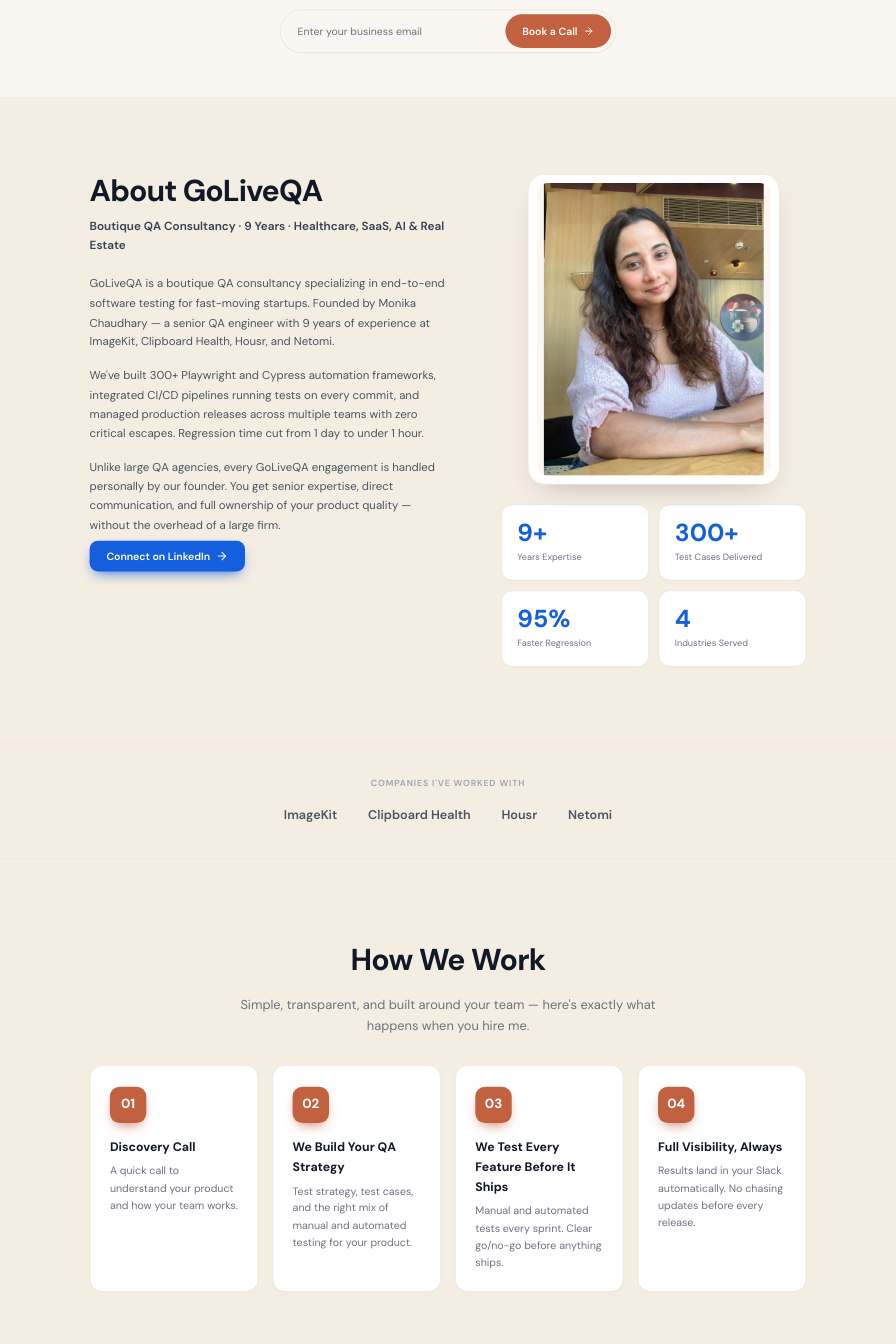
Repository: Monika281992/GoLiveQA
Page: /
The author's editor kept a copy of each file at every save. The page is drawn from the files as they stood at one save, then again after the next save.
The browser window is 1280 px wide. The pictures show the part of the page from y = 388 to 2308 px (the page is 4003 px tall before and 2917 px after), at 70% of full size.
The project was rebuilt for these pictures with package versions that can differ from the ones it lists, and the page was loaded fresh each time. The framework's server and built-in components were replaced by stand-ins that run in the browser. Also part of the build but not shown: next.config.mjs.

Above is the page before, as saved 2026-06-27 12:52:11.

### app/layout.tsx
import type { Metadata } from "next";
import { DM_Sans, Kaushan_Script } from "next/font/google";
import "./globals.css";

const dmSans = DM_Sans({
  subsets: ["latin"],
  weight: ["300", "400", "500", "600", "700"],
  variable: "--font-sans",
  display: "swap",
});

const kaushan = Kaushan_Script({
  subsets: ["latin"],
  weight: "400",
  variable: "--font-script",
  display: "swap",
});

export const metadata: Metadata = {
  title: "GoLiveQA",
  description:
    "Senior QA engineer with 9 years of hands-on experience testing Healthcare, SaaS, AI & Real Estate products at startups across India and US. Playwright, Cypress, Postman. Available remotely.",
};

export default function RootLayout({
  children,
}: {
  children: React.ReactNode;
}) {
  return (
    <html lang="en" className={`${dmSans.variable} ${kaushan.variable}`}>
      <body className="font-sans leading-relaxed">{children}</body>
    </html>
  );
}

### app/page.tsx
import { Navbar } from "@/components/navbar";
import { Hero } from "@/components/hero";
import { About } from "@/components/about";
import { Companies } from "@/components/companies";
import { Process } from "@/components/process";
import { Pricing } from "@/components/pricing";
import { Contact } from "@/components/contact";
import { Footer } from "@/components/footer";

export default function Home() {
  return (
    <div className="min-h-screen bg-surface">
      <Navbar />
      <main>
        <Hero />
        <About />
        <Companies />
        <Process />
        <Pricing />
        <Contact />
      </main>
      <Footer />
    </div>
  );
}

### app/globals.css
@tailwind base;
@tailwind components;
@tailwind utilities;

html {
  scroll-behavior: smooth;
}

body {
  background-color: #faf7f2;
  color: #4b5563;
  -webkit-font-smoothing: antialiased;
}

### components/hero.tsx
"use client";

import { useState } from "react";
import { useRouter } from "next/navigation";
import { ArrowRight } from "lucide-react";

export function Hero() {
  const router = useRouter();
  const [email, setEmail] = useState("");
  const [error, setError] = useState("");
  const [status, setStatus] = useState("idle");

  async function handleBook() {
    const trimmed = email.trim();
    if (!trimmed) {
      setError("Please enter your email address.");
      return;
    }
    const valid = /^[^\s@]+@[^\s@]+\.[^\s@]+$/.test(trimmed);
    if (!valid) {
      setError("Please enter a valid email address.");
      return;
    }
    setError("");
    setStatus("loading");
    try {
      await fetch("/api/book", {
        method: "POST",
        headers: { "Content-Type": "application/json" },
        body: JSON.stringify({ email: trimmed }),
      });
    } catch {
      // proceed to form regardless
    }
    router.push(`/book-a-call?email=${encodeURIComponent(trimmed)}`);
  }

  return (
    <section id="top" className="relative overflow-hidden">
      <div className="pointer-events-none absolute inset-0 bg-[radial-gradient(58%_46%_at_50%_-4%,#f6ebe5,transparent_72%)]" />
      <div className="relative mx-auto max-w-[840px] px-5 pb-12 pt-16 text-center sm:px-8 md:pb-16 md:pt-24 lg:px-12 lg:pt-[108px]">
        <h1 className="text-[clamp(2.5rem,7vw,4.1rem)] font-bold leading-[1.03] tracking-[-0.035em] text-ink">
          Your QA Partner
        </h1>
        <p className="mt-4 text-[clamp(1.1rem,2.5vw,1.45rem)] font-semibold text-accent">
          Startups ship faster and break less with GoLiveQA. Senior QA coverage across manual testing, automation, CI/CD, and real-time reporting.
        </p>
        <div className="mt-8 mx-auto max-w-[480px]">
          <div className={`flex items-center overflow-hidden rounded-full border bg-surface shadow-sm transition-colors ${error ? "border-red-400" : "border-hairline"}`}>
            <input
              type="email"
              value={email}
              onChange={(e) => { setEmail(e.target.value); if (error) setError(""); }}
              placeholder="Enter your business email"
              className="flex-1 bg-transparent px-6 py-3.5 text-[15px] text-body outline-none placeholder:text-muted"
            />
            <button
              type="button"
              onClick={handleBook}
              disabled={status === "loading"}
              className="m-1.5 flex items-center gap-2 rounded-full bg-accent px-6 py-3 text-[15px] font-semibold text-white disabled:opacity-70"
            >
              {status === "loading" ? "Loading…" : "Book a Call"}
              {status !== "loading" && <ArrowRight className="h-[16px] w-[16px]" />}
            </button>
          </div>
          {error && (
            <p className="mt-2 text-[13px] text-red-500">{error}</p>
          )}
        </div>
      </div>
    </section>
  );
}

### components/about.tsx
import { ArrowRight } from "lucide-react";
import { Button } from "@/components/ui/button";
import { Card } from "@/components/ui/card";

const stats = [
  { value: "9+", label: "Years Expertise" },
  { value: "300+", label: "Test Cases Delivered" },
  { value: "95%", label: "Faster Regression" },
  { value: "4", label: "Industries Served" },
];

export function About() {
  return (
    <section id="about" className="border-t border-hairline bg-surface-soft py-16 md:py-24 lg:py-[108px]">
      <div className="mx-auto flex max-w-container flex-wrap items-start gap-10 px-5 sm:px-8 md:gap-12 lg:gap-[72px] lg:px-12">
        {/* Bio */}
        <div className="min-w-[300px] flex-1 basis-[400px]">
          <h2 className="text-[clamp(2rem,4.4vw,2.7rem)] font-bold leading-[1.08] tracking-[-0.03em] text-ink">
            About GoLiveQA
          </h2>
          <p className="mb-7 mt-3.5 text-[1.05rem] font-semibold text-gray-700">
            Boutique QA Consultancy · 9 Years · Healthcare, SaaS, AI &amp; Real Estate
          </p>
          <p className="mb-5 text-[1.02rem] leading-[1.7] text-body">
            GoLiveQA is a boutique QA consultancy specializing in end-to-end software testing
            for fast-moving startups. Founded by Monika Chaudhary — a senior QA engineer with 9 years
            of experience at ImageKit, Clipboard Health, Housr, and Netomi.
          </p>
          <p className="mb-5 text-[1.02rem] leading-[1.7] text-body">
            We&apos;ve built 300+ Playwright and Cypress automation frameworks, integrated CI/CD pipelines
            running tests on every commit, and managed production releases across multiple teams with
            zero critical escapes. Regression time cut from 1 day to under 1 hour.
          </p>
          <p className="mb-2 text-[1.02rem] leading-[1.7] text-body">
            Unlike large QA agencies, every GoLiveQA engagement is handled personally by our founder.
            You get senior expertise, direct communication, and full ownership of your product quality —
            without the overhead of a large firm.
          </p>
          <Button asChild>
            <a
              href="https://www.linkedin.com/"
              target="_blank"
              rel="noopener noreferrer"
            >
              Connect on LinkedIn
              <ArrowRight className="h-[18px] w-[18px]" />
            </a>
          </Button>
        </div>

        {/* Photo + stats */}
        <div className="flex min-w-[280px] flex-1 basis-[320px] flex-col gap-7">
          <div className="relative mx-auto w-full max-w-[360px]">
            <div className="absolute -bottom-4 -left-4 -z-0 h-[82%] w-[82%] rounded-[28px] bg-accent-soft" />
            <div className="relative z-10 rounded-3xl border border-hairline bg-white p-3 shadow-photo">
              {/* Replace /monika.jpg with your photo in /public */}
              <img
                src="/monika.jpg"
                alt="Monika Chaudhary"
                className="block aspect-[4/5] w-full rounded-2xl bg-surface object-contain"
              />
            </div>
          </div>
          <div className="grid grid-cols-2 gap-3.5">
            {stats.map((s) => (
              <Card key={s.label} className="rounded-2xl p-[22px]">
                <div className="text-[clamp(1.8rem,3vw,2.2rem)] font-bold leading-none text-brand">
                  {s.value}
                </div>
                <div className="mt-[7px] text-[13px] text-muted">{s.label}</div>
              </Card>
            ))}
          </div>
        </div>
      </div>
    </section>
  );
}

### components/companies.tsx
const companies = ["ImageKit", "Clipboard Health", "Housr", "Netomi"];

export function Companies() {
  return (
    <section className="border-t border-hairline bg-surface-soft py-8 md:py-12">
      <div className="mx-auto max-w-container px-5 text-center sm:px-8 lg:px-12">
        <p className="mb-5 text-[12.5px] font-semibold uppercase tracking-[0.1em] text-faint">
          Companies I&apos;ve worked with
        </p>
        <div className="flex flex-wrap items-center justify-center gap-x-11 gap-y-4">
          {companies.map((c) => (
            <span key={c} className="text-lg font-semibold text-body">
              {c}
            </span>
          ))}
        </div>
      </div>
    </section>
  );
}

### components/process.tsx
import { Card } from "@/components/ui/card";

const steps = [
  {
    n: "01",
    title: "Discovery Call",
    desc: "A quick call to understand your product and how your team works.",
  },
  {
    n: "02",
    title: "We Build Your QA Strategy",
    desc: "Test strategy, test cases, and the right mix of manual and automated testing for your product.",
  },
  {
    n: "03",
    title: "We Test Every Feature Before It Ships",
    desc: "Manual and automated tests every sprint. Clear go/no-go before anything ships.",
  },
  {
    n: "04",
    title: "Full Visibility, Always",
    desc: "Results land in your Slack automatically. No chasing updates before every release.",
  },
];

export function Process() {
  return (
    <section
      id="process"
      className="border-t border-hairline bg-surface-soft py-16 md:py-24 lg:py-[108px]"
    >
      <div className="mx-auto max-w-container px-5 sm:px-8 lg:px-12">
        <div className="mx-auto max-w-[660px] text-center">
          <h2 className="text-[clamp(2rem,4.4vw,2.7rem)] font-bold tracking-[-0.025em] text-ink">
            How We Work
          </h2>
          <p className="mt-4 text-[clamp(1rem,1.7vw,1.15rem)] leading-relaxed text-muted">
            Simple, transparent, and built around your team — here&apos;s exactly what
            happens when you hire me.
          </p>
        </div>
        <div className="mt-10 grid grid-cols-1 gap-5 sm:grid-cols-2 lg:grid-cols-4">
          {steps.map((s) => (
            <Card
              key={s.n}
              className="rounded-[18px] p-7 pt-[30px] transition-all hover:-translate-y-1 hover:shadow-lift"
            >
              <div className="mb-5 flex h-[52px] w-[52px] items-center justify-center rounded-[14px] bg-accent text-[19px] font-bold text-white shadow-[0_8px_18px_-8px_#c2613f]">
                {s.n}
              </div>
              <h3 className="mb-2 text-[1.1rem] font-bold text-ink">{s.title}</h3>
              <p className="text-[0.95rem] leading-relaxed text-muted">{s.desc}</p>
            </Card>
          ))}
        </div>
      </div>
    </section>
  );
}

### components/pricing.tsx
import { Calendar, Check } from "lucide-react";
import { Button } from "@/components/ui/button";

const guarantees = [
  "No surprise charges",
  "No long-term lock-in",
  "Senior engineer, always",
];

export function Pricing() {
  return (
    <section id="pricing" className="py-16 md:py-24 lg:py-[108px]">
      <div className="mx-auto max-w-container px-5 sm:px-8 lg:px-12">
        <div className="relative mx-auto max-w-[740px] overflow-hidden rounded-[26px] border border-hairline bg-white px-6 py-10 text-center shadow-cta sm:px-14 md:py-[68px]">
          <div className="pointer-events-none absolute inset-0 bg-[radial-gradient(70%_60%_at_50%_0%,#f6ebe5,transparent_70%)]" />
          <div className="relative">
            <h2 className="text-[clamp(2rem,4.6vw,2.9rem)] font-bold leading-[1.08] tracking-[-0.025em] text-ink">
              Let&apos;s Talk About Your Product
            </h2>
            <p className="mx-auto mt-[18px] max-w-[560px] text-[clamp(1rem,1.7vw,1.13rem)] leading-relaxed text-muted">
              Every engagement is scoped to your product size, release frequency, and
              testing needs. Book a 30-minute call — I&apos;ll give you a clear, honest
              quote within 24 hours.
            </p>
            <div className="mt-8">
              <Button asChild size="lg">
                <a href="#contact">
                  <Calendar className="h-[19px] w-[19px]" />
                  Book a 30-min Call
                </a>
              </Button>
            </div>
            <div className="mt-7 flex flex-wrap justify-center gap-x-[26px] gap-y-3 text-sm text-body">
              {guarantees.map((g) => (
                <span key={g} className="inline-flex items-center gap-2">
                  <Check className="h-[17px] w-[17px] text-green-600" />
                  {g}
                </span>
              ))}
            </div>
          </div>
        </div>
      </div>
    </section>
  );
}

### components/footer.tsx
const links = [
  { label: "About", href: "#about" },
  { label: "How Can I Help", href: "#services" },
  { label: "Process", href: "#process" },
  { label: "Contact", href: "#contact" },
];

export function Footer() {
  return (
    <footer className="border-t border-hairline bg-white py-8">
      <div className="mx-auto flex max-w-container flex-wrap items-center justify-between gap-x-7 gap-y-4 px-5 sm:px-8 lg:px-12">
        <a href="#top" className="text-lg font-bold tracking-tight text-brand">
          GoLiveQA
        </a>
        <div className="flex flex-wrap gap-6">
          {links.map((l) => (
            <a
              key={l.href}
              href={l.href}
              className="text-sm text-muted transition-colors hover:text-ink"
            >
              {l.label}
            </a>
          ))}
        </div>
        <p className="text-[13.5px] text-faint">
          © 2026 GoLiveQA. All rights reserved. A boutique QA consultancy.
        </p>
      </div>
    </footer>
  );
}

### components/ui/button.tsx
import * as React from "react";
import { Slot } from "@radix-ui/react-slot";
import { cva, type VariantProps } from "class-variance-authority";
import { cn } from "@/lib/utils";

const buttonVariants = cva(
  "inline-flex items-center justify-center gap-2 whitespace-nowrap rounded-xl font-semibold transition-all focus-visible:outline-none focus-visible:ring-2 focus-visible:ring-brand/40 focus-visible:ring-offset-2 disabled:pointer-events-none disabled:opacity-50",
  {
    variants: {
      variant: {
        default:
          "bg-brand text-white shadow-brand hover:bg-brand-dark hover:-translate-y-0.5",
        outline:
          "border-[1.5px] border-brand text-brand hover:bg-brand hover:text-white",
        ghost: "text-brand hover:bg-brand/5",
      },
      size: {
        default: "h-11 px-6 text-[15px]",
        lg: "h-[52px] px-7 text-base",
        sm: "h-9 px-[18px] text-sm",
      },
    },
    defaultVariants: {
      variant: "default",
      size: "default",
    },
  }
);

export interface ButtonProps
  extends React.ButtonHTMLAttributes<HTMLButtonElement>,
    VariantProps<typeof buttonVariants> {
  asChild?: boolean;
}

const Button = React.forwardRef<HTMLButtonElement, ButtonProps>(
  ({ className, variant, size, asChild = false, ...props }, ref) => {
    const Comp = asChild ? Slot : "button";
    return (
      <Comp
        className={cn(buttonVariants({ variant, size, className }))}
        ref={ref}
        {...props}
      />
    );
  }
);
Button.displayName = "Button";

export { Button, buttonVariants };

### components/ui/card.tsx
import * as React from "react";
import { cn } from "@/lib/utils";

const Card = React.forwardRef<
  HTMLDivElement,
  React.HTMLAttributes<HTMLDivElement>
>(({ className, ...props }, ref) => (
  <div
    ref={ref}
    className={cn(
      "rounded-2xl border border-hairline bg-white shadow-card",
      className
    )}
    {...props}
  />
));
Card.displayName = "Card";

const CardHeader = React.forwardRef<
  HTMLDivElement,
  React.HTMLAttributes<HTMLDivElement>
>(({ className, ...props }, ref) => (
  <div ref={ref} className={cn("flex flex-col space-y-1.5 p-7", className)} {...props} />
));
CardHeader.displayName = "CardHeader";

const CardTitle = React.forwardRef<
  HTMLDivElement,
  React.HTMLAttributes<HTMLHeadingElement>
>(({ className, ...props }, ref) => (
  <h3
    ref={ref}
    className={cn("text-lg font-bold leading-snug text-ink", className)}
    {...props}
  />
));
CardTitle.displayName = "CardTitle";

const CardContent = React.forwardRef<
  HTMLDivElement,
  React.HTMLAttributes<HTMLDivElement>
>(({ className, ...props }, ref) => (
  <div ref={ref} className={cn("p-7 pt-0", className)} {...props} />
));
CardContent.displayName = "CardContent";

export { Card, CardHeader, CardTitle, CardContent };

### components/icons.tsx
// Inline brand glyphs not reliably present in current lucide-react builds.
export function LinkedInIcon({ className }: { className?: string }) {
  return (
    <svg viewBox="0 0 24 24" fill="currentColor" className={className} aria-hidden="true">
      <path d="M4.98 3.5C4.98 4.88 3.87 6 2.5 6S0 4.88 0 3.5 1.12 1 2.5 1 4.98 2.12 4.98 3.5zM.25 8h4.5v15H.25V8zm7.5 0h4.31v2.05h.06c.6-1.07 2.07-2.2 4.26-2.2 4.56 0 5.4 2.85 5.4 6.56V23h-4.5v-6.2c0-1.48-.03-3.38-2.06-3.38-2.07 0-2.39 1.6-2.39 3.27V23h-4.5V8z" />
    </svg>
  );
}

### tailwind.config.ts
import type { Config } from "tailwindcss";

const config: Config = {
  content: [
    "./app/**/*.{ts,tsx}",
    "./components/**/*.{ts,tsx}",
  ],
  theme: {
    extend: {
      colors: {
        // Brand action color (blue) — CTAs, links
        brand: { DEFAULT: "#145fdd", dark: "#0d46b8" },
        // Warm personal accent (terracotta) — eyebrows, badges, signature
        accent: { DEFAULT: "#c2613f", soft: "#f6ebe5" },
        // Warm surfaces
        surface: { DEFAULT: "#faf7f2", soft: "#f4ede2" },
        hairline: "#ece4d7",
        // Text
        ink: "#111827",
        body: "#4b5563",
        muted: "#6b7280",
        faint: "#9ca3af",
      },
      fontFamily: {
        sans: ["var(--font-sans)", "system-ui", "sans-serif"],
        script: ["var(--font-script)", "cursive"],
      },
      maxWidth: {
        container: "1120px",
      },
      boxShadow: {
        card: "0 1px 3px rgba(0,0,0,0.03)",
        lift: "0 20px 40px -18px rgba(0,0,0,0.16)",
        brand: "0 8px 20px -8px rgba(20,95,221,0.5)",
        photo: "0 18px 44px -22px rgba(0,0,0,0.28)",
        cta: "0 28px 70px -34px rgba(0,0,0,0.22)",
      },
    },
  },
  plugins: [],
};

export default config;

Loaded but not shown: lib/utils.ts (common file); components/navbar.tsx (185 lines, source omitted); components/contact.tsx (242 lines, source omitted)

After the next save:
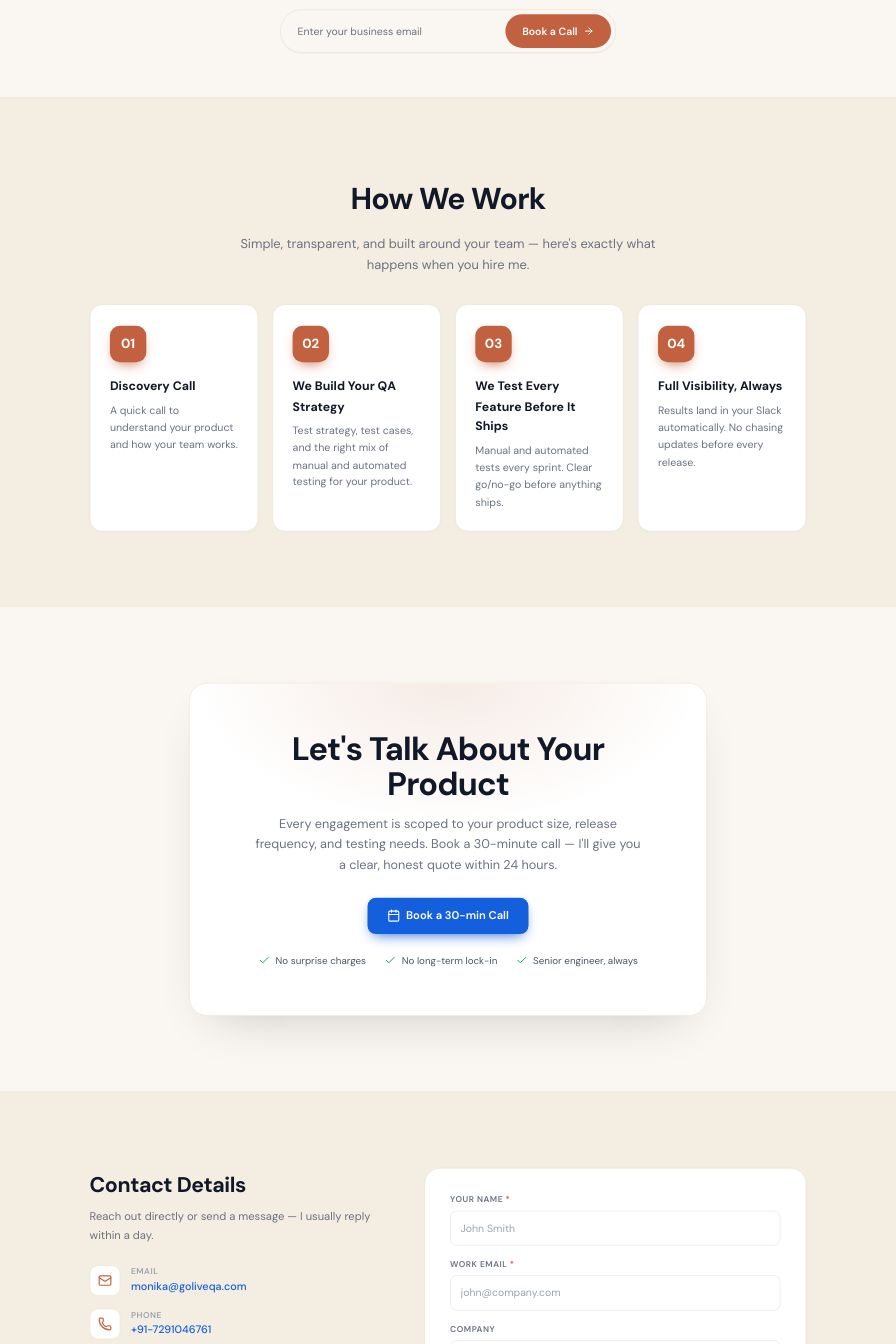
Saved 85 s later.
--- a/app/page.tsx
+++ b/app/page.tsx
@@ -1,7 +1,5 @@
 import { Navbar } from "@/components/navbar";
 import { Hero } from "@/components/hero";
-import { About } from "@/components/about";
-import { Companies } from "@/components/companies";
 import { Process } from "@/components/process";
 import { Pricing } from "@/components/pricing";
 import { Contact } from "@/components/contact";
@@ -13,8 +11,6 @@ export default function Home() {
       <Navbar />
       <main>
         <Hero />
-        <About />
-        <Companies />
         <Process />
         <Pricing />
         <Contact />
